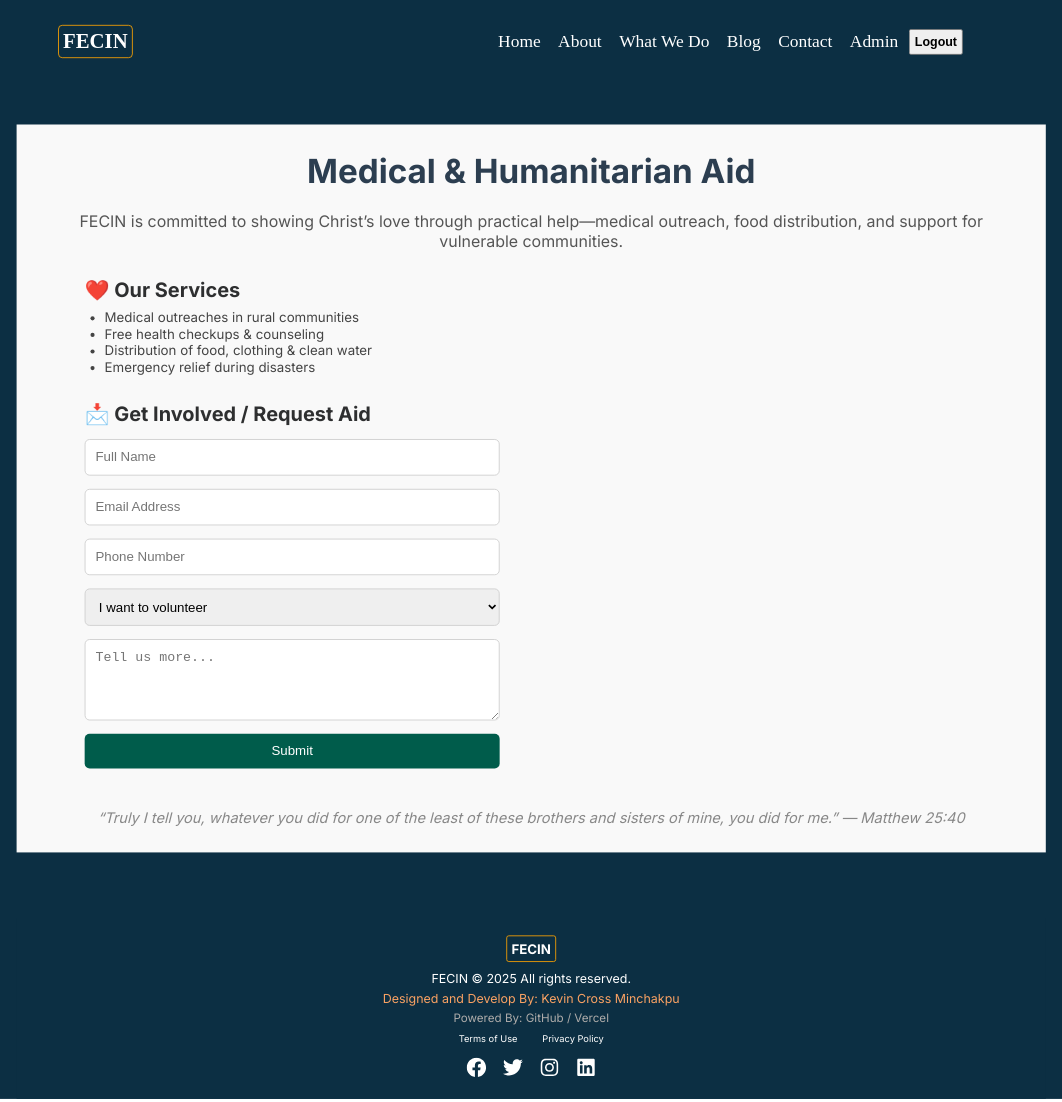
Repository: KCMinchakpu/fecin-projectgs497
Page: /humanitarian-aid
An editor plug-in stored every save of this project. The page is shown before and after the next save, followed by the edit.
The browser window is 1280 px wide. The pictures show the whole page, at 83% of full size.
The project was rebuilt for these pictures with package versions that can differ from the ones it lists, and the page was loaded fresh each time. The framework's server and built-in components were replaced by stand-ins that run in the browser. Also part of the build but not shown: next.config.mjs.

Above is the page before, as saved 2025-04-07 19:18:14.

After the next save:
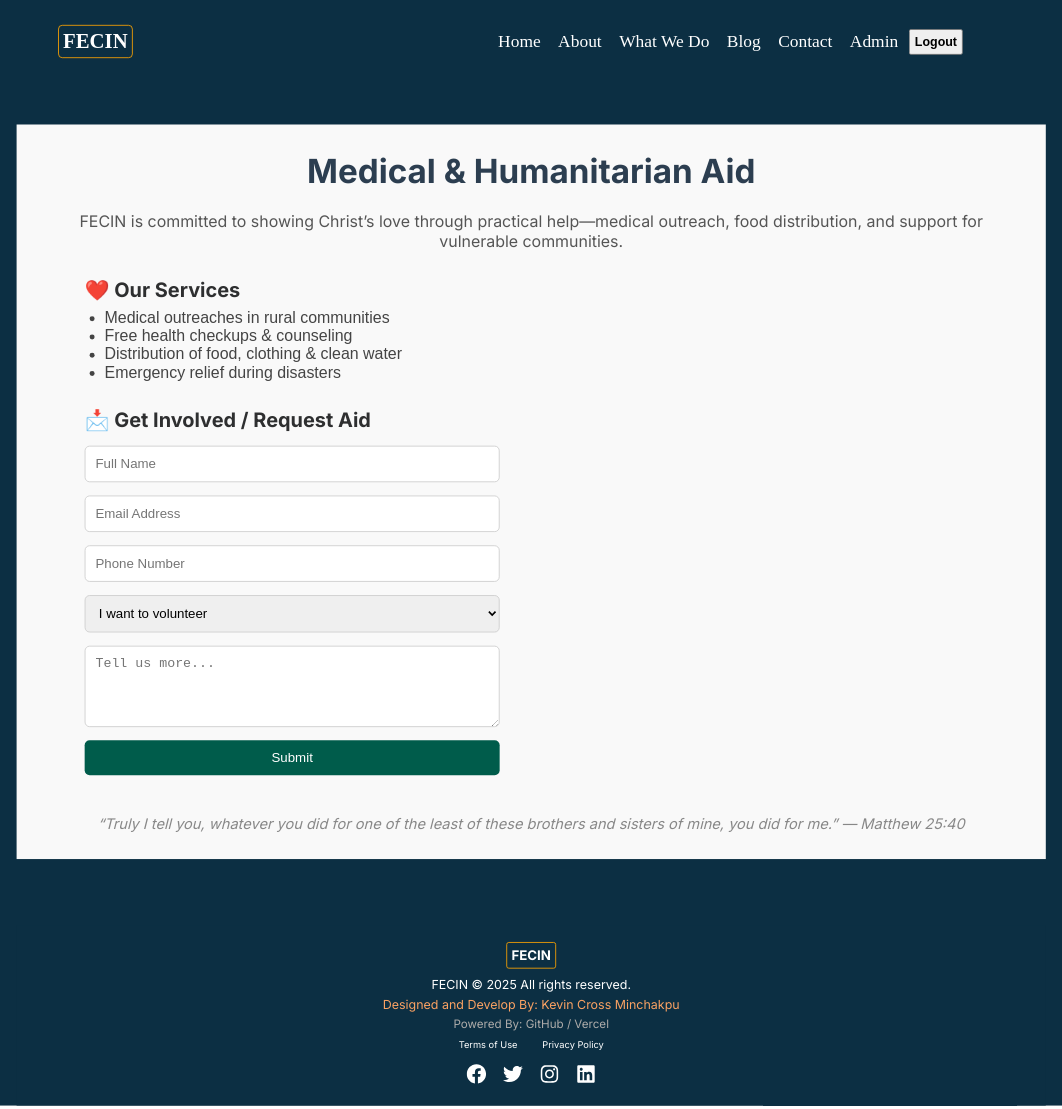
Saved 22 s later.
--- a/src/app/humanitarian-aid/Humanitarian.module.css
+++ b/src/app/humanitarian-aid/Humanitarian.module.css
@@ -34,7 +34,8 @@
     list-style-type: disc;
     padding-left: 1.5rem;
     color: #444;
-    font-size: 1rem;
+    font-size: 1.2rem;
+    font-family: Arial, Helvetica, sans-serif;
   }
 
   .form {
